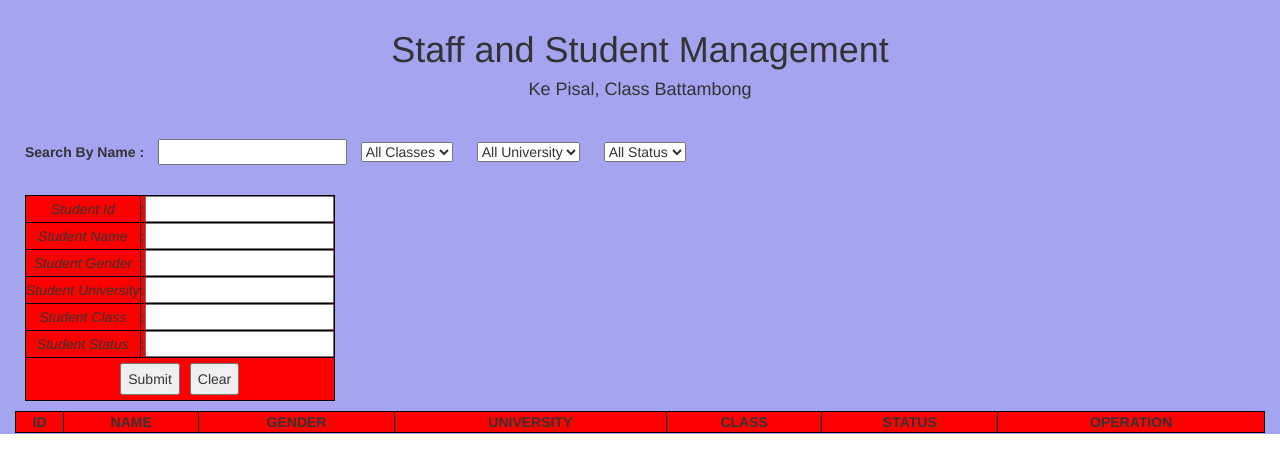
Repository: kepisal/ServletJAVA
Page: http://localhost/AjaxStaffandStudent/
An editor plug-in stored every save of this project. The page is shown before and after the next save, followed by the edit.
The browser window is 1280 px wide. The pictures show the whole page.
The page is served by Tomcat 9. Other server files are loaded and not shown. Queries for data that is not in the repository find no rows.

Above is the page before, as saved 2015-07-10 16:34:16.

### AjaxStaffandStudent/WebContent/index.jsp
<%@ page language="java" contentType="text/html; charset=ISO-8859-1"
	pageEncoding="ISO-8859-1"%>
<!DOCTYPE html>
<html>
<head>
<meta http-equiv="Content-Type" content="text/html; charset=ISO-8859-1">
<title>Staff and Student Management</title>
<link rel="stylesheet" type="text/css"
	href="bootstrap/css/bootstrap.css">
<!-- <link rel="stylesheet" type="text/css" href="css/style.css"> -->

<!-- <script
	src="http://ajax.googleapis.com/ajax/libs/jquery/1.11.3/jquery.min.js"></script> -->
<script type="text/javascript" src="js/jquery-min.js"></script>
<script type="text/javascript" src="bootstrap/js/bootstrap.js"></script>
<script type="text/javascript" src="bootstrap/js/bootstrap.min.js"></script>
<style type="text/css">
.maincontent {
	background-color: #A4A4F0;
}

#title {
	padding: 10px;
	width: 100%;
}

option {
	height: 23px;
}

th, td{
	background-color:red;
	border: 1px solid black;
	border-collapse: collapse;

}
#title, th,td {
	text-align: center;
}

img {
	width: 20px;
}

#classlist, #universitylist, #txtinput, #statuslist {
	display: inline-block;
	margin: 10px;
}

button {
	margin: 5px;
	height: 32px
}
</style>
</head>
<body>
	<div class="maincontent col-sm-12">
		<div id="sheader">
			<div id="title">
				<h1>Staff and Student Management</h1>
				<h4>Ke Pisal, Class Battambong</h4>
			</div>
			<div id="classlist">
				<label>Search By Name : </label> <input type=text id=txtinput /> <select
					id=classselected onclick="searchClass()">

				</select>
			</div>
			<div id="universitylist">
				<select id=unvselected onclick="searchUniversity()">

				</select>
			</div>
			<div id="statuslist">
				<select id=statusselected onclick="searchStatus()">
					<option value=''>All Status</option>
					<option value=1>Active</option>
					<option value=0>Deactive</option>
				</select>
			</div>
		</div>
		<div id="sform">
			<table class="stuform" style="margin:10px;border:0px;">
				<tr><td><i>Student Id</i></td><td>:<input/></td></tr>
				<tr><td><i>Student Name</i></td><td>:<input/></td></tr>
				<tr><td><i>Student Gender</i></td><td>:<input/></td></tr>
				<tr><td><i>Student University</i></td><td>:<input/></td></tr>
				<tr><td><i>Student Class</i></td><td>:<input/></td></tr>
				<tr><td><i>Student Status</i></td><td>:<input/></td></tr>
				<tr><td colspan="2"><button id="btnadd btn btn-success" onclick="add()">Submit</button><button id="btnclear btn btn-success" onclick="add()">Clear</button></td></tr>
			</table>
		</div>
		<div id="sbody">
			<table class="mytb col-sm-12">
				<thead>
					<tr>
						<th>ID</th>
						<th>NAME</th>
						<th>GENDER</th>
						<th>UNIVERSITY</th>
						<th>CLASS</th>
						<th>STATUS</th>
						<th>OPERATION</th>
					</tr>
				</thead>
				<tbody id="tblist">
				</tbody>
			</table>
			<div id="sdetails">
				<!-- <i><h2>-------------Information Detail------------</h2></i> <label>ID
				:</label>
			<h3 id="stuid"></h3>
			<label>NAME :</label>
			<h3 id="stuname"></h3>
			<label>GENDER :</label>
			<h3 id="stugender"></h3>
			<label>UINVERSITY :</label>
			<h3 id="stuuniversity"></h3>
			<label>CLASS :</label>
			<h3 id="stuclass"></h3>
			<label>STATUS :</label>
			<h3 id="stustatus">ss</h3>
			<i><h2>-------------Information Detail------------</h2></i> -->
			</div>
		</div>
		<div class="col-sm-3"></div>
	</div>
	<script type="text/javascript" src="js/script.js"></script>
</body>
</html>

### AjaxStaffandStudent/WebContent/js/script.js
$(document).ready(function() {
	lists(); // list all objects in table
	droplist(); // list all objects in dropdownlist(class, university)
	$("#txtinput").keyup(function() {
		searchName($("#txtinput").val()); // action keyup on textbox
	});
});
/*
 * @param : data is JSon generate <option> value </option> for dropdownlist
 * class
 */
function classlist(data) {
	var str = "";
	str += "<option value=''>All Classes</option>;";
	for (var i = 0; i < data.length; i++) {
		str += "<option value=" + data[i].classes + ">" + data[i].classes;
	}
	str += "</option>";
	return str;
}
/*
 * @param : data is JSon generate <option> value </option> for dropdownlist
 * university
 */
function unvlist(data) {
	var str = "";
	str += "<option value=''>All University</option>;";
	for (var i = 0; i < data.length; i++) {
		str += "<option value=" + data[i].unversity + ">" + data[i].unversity;
	}
	str += "</optiont>";
	return str;
}

/*
 * get data from url and put into function with param
 */
function droplist() {
	$.post("classlist.hrd", function(data) {
		$("#classselected").html(classlist(data));
	});
	$.post("universitylist.hrd", function(data) {
		$("#unvselected").html(unvlist(data));
	});
}
/*
 * generate rows inside table list
 */
function lists() {
	$.post("listobject.hrd", function(data) {
		$("#tblist").html(listobjectdetails(data));
	});

}
/*
 * create tag <tr><td> value </td></tr> follow data
 */
function listobjectdetails(data) {
	var str = "";
	for (var i = 0; i < data.length; i++) {

		str += "<tr>" + "<td id=studid" + i + ">" + data[i].stuid + "</td>"
				+ "<td>" + data[i].stuname + "</td>" + "<td>"
				+ checkGender(data[i].gender) + "</td>" + "<td>"
				+ data[i].unversity + "</td>" + "<td>" + data[i].classes
				+ "</td>" + "<td>" + checkStatus(data[i].status, i) + "</td>"
				+ "<td><button class=btnEdit" + i + " onclick=editFun(" + i
				+ ")>Edit</button><button class=btnRemove" + i
				+ " onclick=removeFun(" + i
				+ ")>Remove</button><button  class=btnView" + i
				+ " onclick=viewFun(" + i + ")>View</button></td>" + "</tr>";
	}

	str += "</table>";

	return str;
}
/*
 * create form for edit and insertion
 */
function myform() {
	var str = "";
}

/*
 * change value 0,1 to male and female
 */
function checkGender(data) {
	var gender;
	if (data == 0) {
		gender = "Male";
	} else {
		gender = "Female";
	}
	return gender;
}
/*
 * change value 0,1 to image 0.png and 1.png
 */
function checkStatus(data, i) {
	var img;
	if (data == 0) {
		img = "<a href=#><img src=img/0.png id=mydata" + i
				+ " onclick=updateStatus(" + i + "," + data + ")></a>";
	} else {
		img = "<a href=#><img src=img/1.png id=mydata" + i
				+ " onclick=updateStatus(" + i + "," + data + ")></a>";
	}
	return img;
}
/*
 * @param : id, value id -> id of each students value -> value of status update
 * status
 */
function updateStatus(id, value) {
	var stuid = $("#studid" + id).text();
	var active;
	if (value == 0) {
		active = 1;
	} else {
		active = 0;
	}
	$.post("editobject.hrd", {
		stu_id : stuid,
		stu_status : active
	}, function(data) {
		lists();
	});
}
/*
 * search by name()
 */
function searchName() {
	var stuname = $('#txtinput').val();
	var stuclass = $('#classselected option:selected').val();
	var stuuniver = $('#unvselected option:selected').val();
	var stustatus = $('#statusselected option:selected').val();
	if (stuname == '') {
		lists();
	}
	$.post("searchobject.hrd", {
		stu_name : stuname,
		stu_class : stuclass,
		stu_university : stuuniver,
		stu_status : stustatus
	}, function(data) {
		$("#tblist").html(listobjectdetails(data));
	});
}
/*
 * search by class()
 */
function searchClass() {
	var stuname = $('#txtinput').val();
	var stuclass = $('#classselected option:selected').val();
	var stuuniver = $('#unvselected option:selected').val();
	var stustatus = $('#statusselected option:selected').val();
	$.post("searchobject.hrd", {
		stu_name : stuname,
		stu_class : stuclass,
		stu_university : stuuniver,
		stu_status : stustatus
	}, function(data) {
		$("#tblist").html(listobjectdetails(data));
	});
}
/*
 * search by university()
 */
function searchUniversity() {
	var stuname = $('#txtinput').val();
	var stuclass = $('#classselected option:selected').val();
	var stuuniver = $('#unvselected option:selected').val();
	var stustatus = $('#statusselected option:selected').val();
	$.post("searchobject.hrd", {
		stu_name : stuname,
		stu_class : stuclass,
		stu_university : stuuniver,
		stu_status : stustatus
	}, function(data) {
		$("#tblist").html(listobjectdetails(data));
	});
}
/*
 * search by status()
 */
function searchStatus() {
	var stuname = $('#txtinput').val();
	var stuclass = $('#classselected option:selected').val();
	var stuuniver = $('#unvselected option:selected').val();
	var stustatus = $('#statusselected option:selected').val();
	$.post("searchobject.hrd", {
		stu_name : stuname,
		stu_class : stuclass,
		stu_university : stuuniver,
		stu_status : stustatus
	}, function(data) {
		$("#tblist").html(listobjectdetails(data));
	});
}
/*
 * Add Function
 */
function add() {
	$("#sbody").load("pages/addForm.html"); // load file from article
}

function editFun(i) {
	alert("This is Edit" + $("#studid" + i).text());
}
function removeFun(i) {
	var stuid = $("#studid" + i).text();
	$.post("deleteobject.hrd", {
		stu_id : stuid
	}, function(data) {
		lists();
	});
}
function viewFun(i) {
	var stuid = $("#studid" + i).text();
	$.post("viewobject.hrd", {
		stu_id : stuid
	}, function(data) {
		$("#sbody").load("pages/viewdetails.html");
	});
}

### AjaxStaffandStudent/src/Controller/Front_Controller.java
package Controller;
import java.io.IOException;

import javax.servlet.RequestDispatcher;
import javax.servlet.ServletException;
import javax.servlet.annotation.WebServlet;
import javax.servlet.http.HttpServlet;
import javax.servlet.http.HttpServletRequest;
import javax.servlet.http.HttpServletResponse;

import Model.ObjectDAO;

@WebServlet("*.hrd")
public class Front_Controller extends HttpServlet {
	private static final long serialVersionUID = 1L;

	public Front_Controller() {
		super();
	}

	protected void doGet(HttpServletRequest request, HttpServletResponse response) throws ServletException, IOException {
		doProcess(request, response);
	}

	protected void doPost(HttpServletRequest request, HttpServletResponse response) throws ServletException, IOException {
		doProcess(request, response);
	}

	protected void doProcess(HttpServletRequest request, HttpServletResponse response) throws ServletException, IOException {
		String RequestURI = request.getRequestURI();

		System.out.println(RequestURI);
		String contextPath = request.getContextPath();
		System.out.println(contextPath);
		String command = RequestURI.substring(contextPath.length());
		ActionForward forward = null;
		Action action = null;

		System.out.println(command);

		switch(command){
			case "/listobject.hrd":
				action = new ListObject();
				try {
					forward = action.execute(request, response);
					System.out.println(forward);
				} catch (Exception e) {
					e.printStackTrace();
				}
				break;
			case "/classlist.hrd":
				action = new classList();
				try {
					forward = action.execute(request, response);
					System.out.println(forward);
				} catch (Exception e) {
					e.printStackTrace();
				}
				break;
			case "/universitylist.hrd":
				action = new universityList();
				try {
					forward = action.execute(request, response);
					System.out.println(forward);
				} catch (Exception e) {
					e.printStackTrace();
				}
				break;
			case "/editobject.hrd":
				action = new EditObject();
				try {
					forward = action.execute(request, response);
				} catch (Exception e) {
					e.printStackTrace();
				}
				break;
			case "/searchobject.hrd":
				action = new Search();
				try {
					forward = action.execute(request, response);
				} catch (Exception e) {
					e.printStackTrace();
				}
				break;
			case "/viewobject.hrd":
				action = new ViewObject();
				try {
					forward = action.execute(request, response);
				} catch (Exception e) {
					e.printStackTrace();
				}
				break;
			case "/deleteobject.hrd":
				action = new DeleteObject();
				try {
					forward = action.execute(request, response);
				} catch (Exception e) {
					e.printStackTrace();
				}
				break;
			default :
				forward = new ActionForward();
				forward.setPath("404.jsp");
				forward.setRedirect(false);
				break;


		}

		if (forward != null) {
			if (forward.isRedirect()) {
				response.sendRedirect(forward.getPath());
			} else {
				RequestDispatcher dispatcher = request
						.getRequestDispatcher(forward.getPath());
				dispatcher.forward(request, response);
			}

		}

	}
}

### AjaxStaffandStudent/src/Controller/ListObject.java
package Controller;

import java.util.ArrayList;

import javax.servlet.http.HttpServletRequest;
import javax.servlet.http.HttpServletResponse;

import com.google.gson.Gson;

import Controller.Action;
import Controller.ActionForward;
import Model.ObjectDAO;
import Model.ObjectDTO;

public class ListObject implements Action {

	@Override
	public ActionForward execute(HttpServletRequest request,
			HttpServletResponse response) throws Exception {

		ObjectDAO dao = new ObjectDAO();
		ArrayList<ObjectDTO> objectlist = dao.list();

		response.setContentType("application/json");
		response.setCharacterEncoding("UTF-8");
		String obj= new Gson().toJson(objectlist);

		response.getWriter().write(obj);


		return null;
	}

}

### AjaxStaffandStudent/src/Model/ObjectDAO.java
package Model;

import java.beans.Statement;
import java.sql.Connection;
import java.sql.DriverManager;
import java.sql.PreparedStatement;
import java.sql.ResultSet;
import java.sql.SQLException;
import java.util.ArrayList;
import java.sql.*;

import javax.naming.InitialContext;
import javax.sql.DataSource;

public class ObjectDAO {
	static Connection cn;

	/*
	 * list all of elements in database return Arraylist objects
	 */
	public ArrayList<ObjectDTO> list() throws SQLException,
			ClassNotFoundException {

		String sql = "select * from hrd_students";
		java.sql.Statement stm = cn.createStatement();
		ResultSet rs = stm.executeQuery(sql);
		ArrayList<ObjectDTO> objectdto = new ArrayList<ObjectDTO>();
		try {
			while (rs.next()) {
				objectdto.add(new ObjectDTO(rs.getString("stu_id"), rs
						.getString("stu_name"), rs.getInt("stu_gender"), rs
						.getString("stu_university"),
						rs.getString("stu_class"), rs.getInt("stu_status")));
			}

		} catch (Exception e) {
			e.printStackTrace();
		}
		return objectdto;
	}

	/*
	 * @param : id and status function update status 0 to 1 and 1 to 0 follow id
	 * return true/false for success or faild
	 */
	public boolean update(String id, int status) throws SQLException {
		try (PreparedStatement pstm = cn
				.prepareStatement("update hrd_students set stu_status=? where stu_id=?");) {

			pstm.setString(1, String.valueOf(status));
			pstm.setString(2, id);
			return pstm.execute();
		} catch (Exception e) {
			e.printStackTrace();
		}
		return false;
	}

	/*
	 * distinct the class value return Arraylist objects (0,1)
	 */
	public ArrayList<ObjectDTO> classList() throws SQLException {
		String sql = "SELECT distinct stu_class FROM hrd_students";
		java.sql.Statement stm = cn.createStatement();
		ResultSet rs = stm.executeQuery(sql);
		ArrayList<ObjectDTO> objectdto = new ArrayList<ObjectDTO>();
		try {
			while (rs.next()) {
				objectdto.add(new ObjectDTO("", "", 0, "", rs
						.getString("stu_class"), 0));
			}
		} catch (Exception e) {
			e.printStackTrace();
		}
		return objectdto;
	}

	/*
	 * distinct the university value return Arraylist objects (0,1)
	 */
	public ArrayList<ObjectDTO> universityList() throws SQLException {
		String sql = "select distinct stu_university from hrd_students";
		java.sql.Statement stm = cn.createStatement();
		ResultSet rs = stm.executeQuery(sql);
		ArrayList<ObjectDTO> objectdto = new ArrayList<ObjectDTO>();
		try {
			while (rs.next()) {
				objectdto.add(new ObjectDTO("", "", 0, rs
						.getString("stu_university"), "", 0));
			}
		} catch (Exception e) {
			e.printStackTrace();
		}
		return objectdto;
	}

	/*
	 * Search all of content by name, class, university and status return as
	 * ArrayList objects
	 */
	public ArrayList<ObjectDTO> search(String name, String classes,
			String university, String status) throws SQLException {
		PreparedStatement ps = cn
				.prepareStatement("select * from hrd_students where stu_university LIKE ? and stu_class LIKE ? and stu_status LIKE ? and stu_name like ?");
		ps.setString(1, university + "%");
		ps.setString(2, classes + "%");
		ps.setString(3, status + "%");
		ps.setString(4, "%" + name + "%");
		ResultSet rs = ps.executeQuery();
		ArrayList<ObjectDTO> alist = new ArrayList<ObjectDTO>();
		while (rs.next()) {
			alist.add(new ObjectDTO(rs.getString("stu_id"), rs
					.getString("stu_name"), rs.getInt("stu_gender"), rs
					.getString("stu_university"), rs.getString("stu_class"), rs
					.getInt("stu_status")));
		}
		return alist;
	}

	public ObjectDTO viewObject(String id) throws SQLException {
		String sql = "select * from hrd_students where stu_id=?";
		PreparedStatement pstm = cn.prepareStatement(sql);
		pstm.setString(1, id);
		ResultSet rs = pstm.executeQuery();
		ObjectDTO objectdto = new ObjectDTO();
		try {
			if (rs.next()) {
				objectdto = new ObjectDTO(rs.getString("stu_id"),
						rs.getString("stu_name"), rs.getInt("stu_gender"),
						rs.getString("stu_university"),
						rs.getString("stu_class"), rs.getInt("stu_status"));
			}

		} catch (Exception e) {
			e.printStackTrace();
		}
		return objectdto;
	}

	public boolean DeleteObject(String id) throws SQLException {
		String sql = "delete from hrd_students where stu_id=?";
		PreparedStatement pstm = cn.prepareStatement(sql);
		pstm.setString(1, id);
		return pstm.execute();
	}

	/********************** Here is Connection Database *********************************/
	static {
		try {
			Class.forName("com.mysql.jdbc.Driver");
			cn = DriverManager.getConnection(
					"jdbc:mysql://localhost:3306/ssdbmanage", "admin", "admin");
		} catch (Exception e) {
			// TODO Auto-generated catch block
			e.printStackTrace();
		}
	}
	/**********************
	 * Here is Connection Database
	 *
	 * @throws SQLException
	 *********************************/

}

### AjaxStaffandStudent/src/Controller/classList.java
package Controller;

import java.util.ArrayList;

import javax.servlet.http.HttpServletRequest;
import javax.servlet.http.HttpServletResponse;

import Model.ObjectDAO;
import Model.ObjectDTO;

import com.google.gson.Gson;

public class classList implements Action {

	public ActionForward execute(HttpServletRequest request,
			HttpServletResponse response) throws Exception {

		ObjectDAO dao = new ObjectDAO();
		ArrayList<ObjectDTO> objectlist = dao.classList();

		response.setContentType("application/json");
		response.setCharacterEncoding("UTF-8");
		String obj= new Gson().toJson(objectlist);

		response.getWriter().write(obj);
		return null;
	}

}

### AjaxStaffandStudent/src/Controller/universityList.java
package Controller;

import java.util.ArrayList;

import javax.servlet.http.HttpServletRequest;
import javax.servlet.http.HttpServletResponse;

import Model.ObjectDAO;
import Model.ObjectDTO;

import com.google.gson.Gson;

public class universityList implements Action {
	public ActionForward execute(HttpServletRequest request,
			HttpServletResponse response) throws Exception {

		ObjectDAO dao = new ObjectDAO();
		ArrayList<ObjectDTO> objectlist = dao.universityList();

		response.setContentType("application/json");
		response.setCharacterEncoding("UTF-8");
		String obj= new Gson().toJson(objectlist);

		response.getWriter().write(obj);
		return null;
	}
}

Loaded but not shown: AjaxStaffandStudent/WebContent/bootstrap/css/bootstrap.css (library); AjaxStaffandStudent/WebContent/js/jquery-min.js (library); AjaxStaffandStudent/WebContent/bootstrap/js/bootstrap.js (library); AjaxStaffandStudent/WebContent/bootstrap/js/bootstrap.min.js (library)

After the next save:
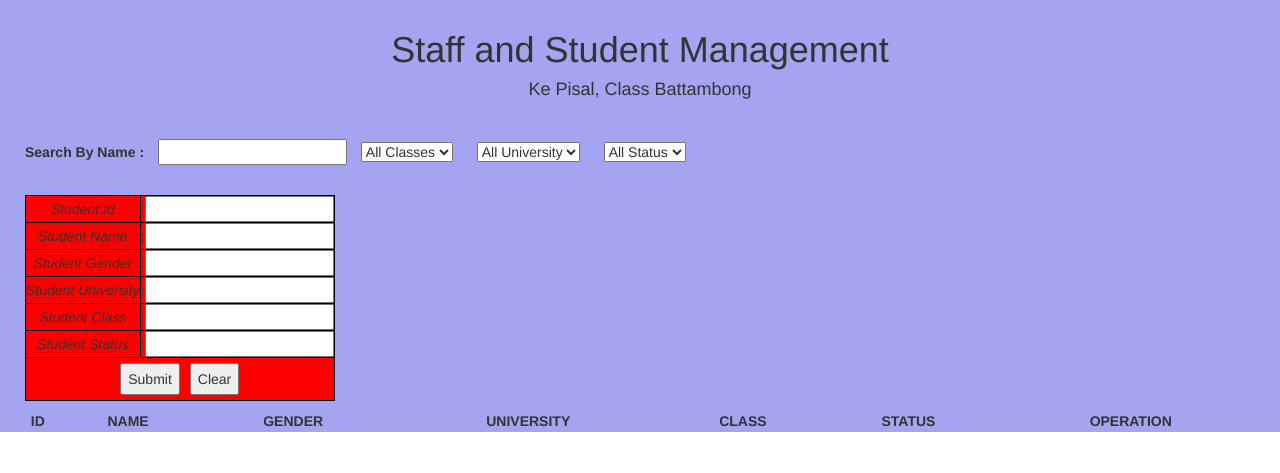
Saved 20 s later.
--- a/AjaxStaffandStudent/WebContent/index.jsp
+++ b/AjaxStaffandStudent/WebContent/index.jsp
@@ -28,7 +28,7 @@ option {
 	height: 23px;
 }
 
-th, td{
+th.mytb, td{
 	background-color:red;
 	border: 1px solid black;
 	border-collapse: collapse;
